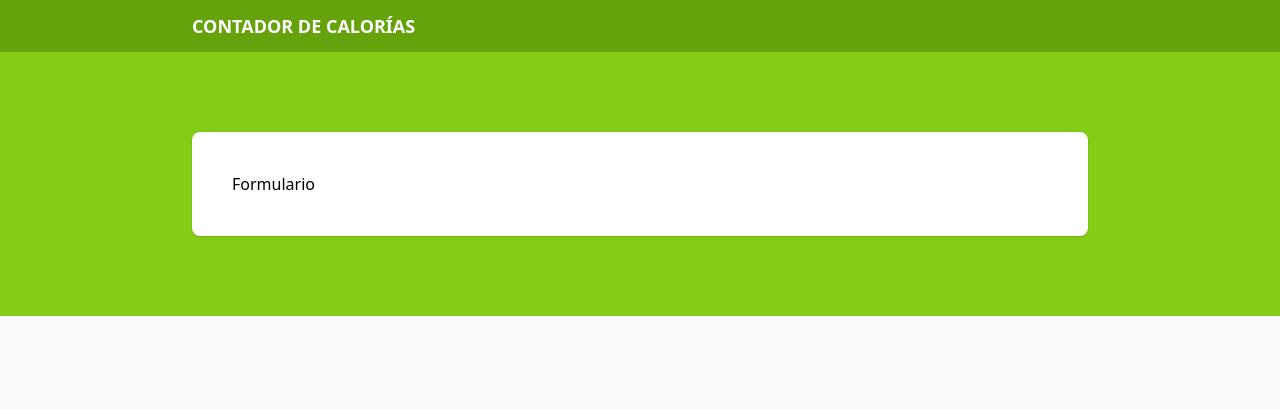
Repository: Samuel-Leal96/contador-calorias-react
Page: /
An editor plug-in stored every save of this project. The page is shown before and after the next save, followed by the edit.
The browser window is 1280 px wide. The pictures show the whole page.
The project was rebuilt for these pictures with package versions that can differ from the ones it lists, and the page was loaded fresh each time. Also part of the build but not shown: vite.config.ts.

Above is the page before, as saved 2025-10-25 15:50:10.

After the next save:
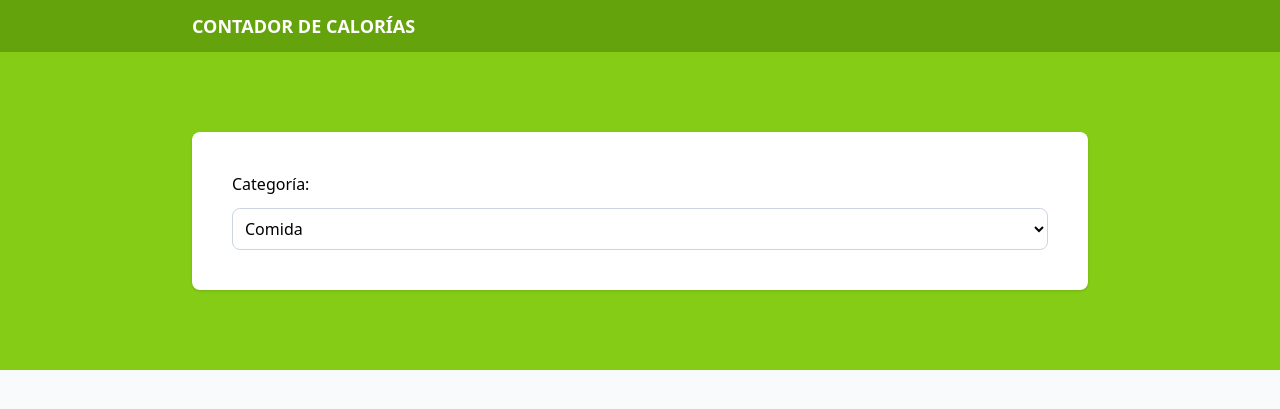
Saved 83 s later.
--- a/src/components/Form.tsx
+++ b/src/components/Form.tsx
@@ -1,3 +1,4 @@
+import { categories } from "../data/categories"
 
 export default function
 () {
@@ -6,7 +7,22 @@ export default function
         <form
           className="space-y-5 bg-white shadow p-10 rounded-lg"
         >
-          <p>Formulario</p>
+          <div className="grid grid-cols-1 gap-3" >
+
+          <label htmlFor="">Categoría:</label>
+
+          <select
+            className="border border-slate-300 p-2 rounded-lg w-full bg-white"
+            id="category"
+          >
+            {categories.map(category => (
+              <option>
+                {category.name}
+              </option>
+            ))}
+          </select>
+
+          </div>
 
 
         </form>
